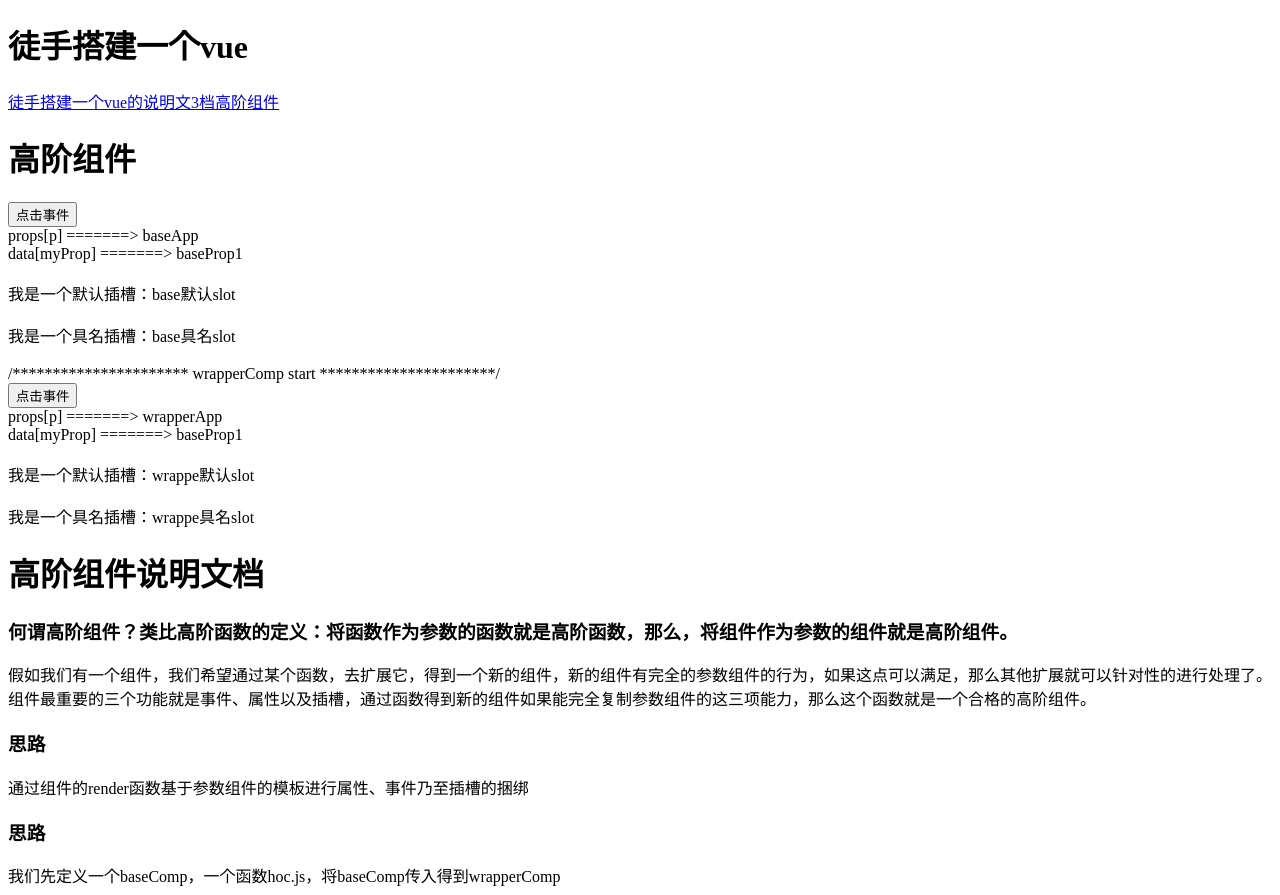
Repository: yuWhy/vue-build-cli
Page: /#/hightOrderComponents
The author's editor kept a copy of each file at every save. The page is drawn from the files as they stood at one save, then again after the next save.
The browser window is 1280 px wide. The pictures show the whole page.
The project was rebuilt for these pictures with package versions that can differ from the ones it lists, and the page was loaded fresh each time. Also part of the build but not shown: webpack.config.js, src/router/index.js.

Above is the page before, as saved 2021-02-22 13:33:11.

### index.html
<!DOCTYPE html>
<html lang="en">

<head>
  <meta charset="utf-8">
  <meta http-equiv="X-UA-Compatible" content="IE=edge">
  <meta name="viewport" content="width=device-width,initial-scale=1.0">
</head>

<body>
  <div id="app"></div>
</body>

</html>

### src/main.js
import Vue from 'vue'
import App from "./App.vue"
import router from './router/index.js'

new Vue({
  el: '#app',
  router,
  render: h => h(App)
})

### src/App.vue
<template>
  <div id="app">
    <h1>{{msg}}</h1>
    <router-link to="vueBuild">徒手搭建一个vue的说明文3档</router-link>
    <router-link to="hightOrderComponents">高阶组件</router-link>
    <router-view></router-view>
  </div>
</template>

<script>
export default {
  name: 'App',
  data() {
    return {
      msg: '徒手搭建一个vue'
    }
  }
}
</script>

### src/pages/HightOrderComponents/index.vue
<template>
  <div>
    <h1>高阶组件</h1>
    <baseComp @handle-click="handle" p="baseApp">
      <div>我是一个默认插槽：base默认slot</div>
      <template v-slot:sname>
        <div>我是一个具名插槽：base具名slot</div>
      </template>
    </baseComp>
     <br />
    /********************** wrapperComp start **********************/
    <br />
    <wrapperComp @handle-click="handle" p="wrapperApp">
      <div>我是一个默认插槽：wrappe默认slot</div>
      <template v-slot:sname>
        <div>我是一个具名插槽：wrappe具名slot</div>
      </template>
    </wrapperComp>
    <h1>高阶组件说明文档</h1>
    <h3>何谓高阶组件？类比高阶函数的定义：将函数作为参数的函数就是高阶函数，那么，将组件作为参数的组件就是高阶组件。</h3>
    <p>假如我们有一个组件，我们希望通过某个函数，去扩展它，得到一个新的组件，新的组件有完全的参数组件的行为，如果这点可以满足，那么其他扩展就可以针对性的进行处理了。组件最重要的三个功能就是事件、属性以及插槽，通过函数得到新的组件如果能完全复制参数组件的这三项能力，那么这个函数就是一个合格的高阶组件。</p>
    <h3>思路</h3>
    <span>通过组件的render函数基于参数组件的模板进行属性、事件乃至插槽的捆绑</span>
    <h3>思路</h3>
    <span>我们先定义一个baseComp，一个函数hoc.js，将baseComp传入得到wrapperComp</span><br>

  </div>
</template>

<script>
import baseComp from './components/baseComp.vue'
import hoc from './components/hoc.js'
const wrapperComp = hoc(baseComp)
export default {
  name: 'hightOrderComponents',
  components: { baseComp, wrapperComp },
  data() {
    return {
      m1: ``
    }
  },
  methods: {
    handle() {
      alert('tyty')
    }
  }
}
</script>

<style scoped>
.dimk {
    background: #333;
    color: #fff;
    padding: 5px 10px;
    display: inline-block;
  }
  .dimk .hui {
    color: #999;
  }
</style>

### src/pages/HightOrderComponents/components/baseComp.vue
<template>
  <div>
    <button @click="$emit('handle-click')">点击事件</button><br>
    props[p] =======> {{p}} <br>
    data[myProp] =======> {{myProp}}<br><br>
    <slot /><br>
    <slot name="sname" />
  </div>
</template>
<script>
export default {
  props: ['p'],
  components: {},
  data() {
    return {
      myProp: 'baseProp1'
    }
  },
  created() {},
  methods: {},
  mounted() {},
  computed: {}
}
</script>

### src/pages/HightOrderComponents/components/hoc.js
export default function Wrapper(baseComp) {
  return {
    data() {
      return {}
    },
    mounted() {},
    render(h) {
      let scopedSlots = {};
      let $slots = this.$slots;
      Object.keys($slots).map((key) => (scopedSlots[key] = () => $slots[key]))
      return h(baseComp, {
        on: this.$listeners,
        attrs: this.$attrs,
        props: this.$props,
        scopedSlots
      })
    }
  }
}

After the next save:
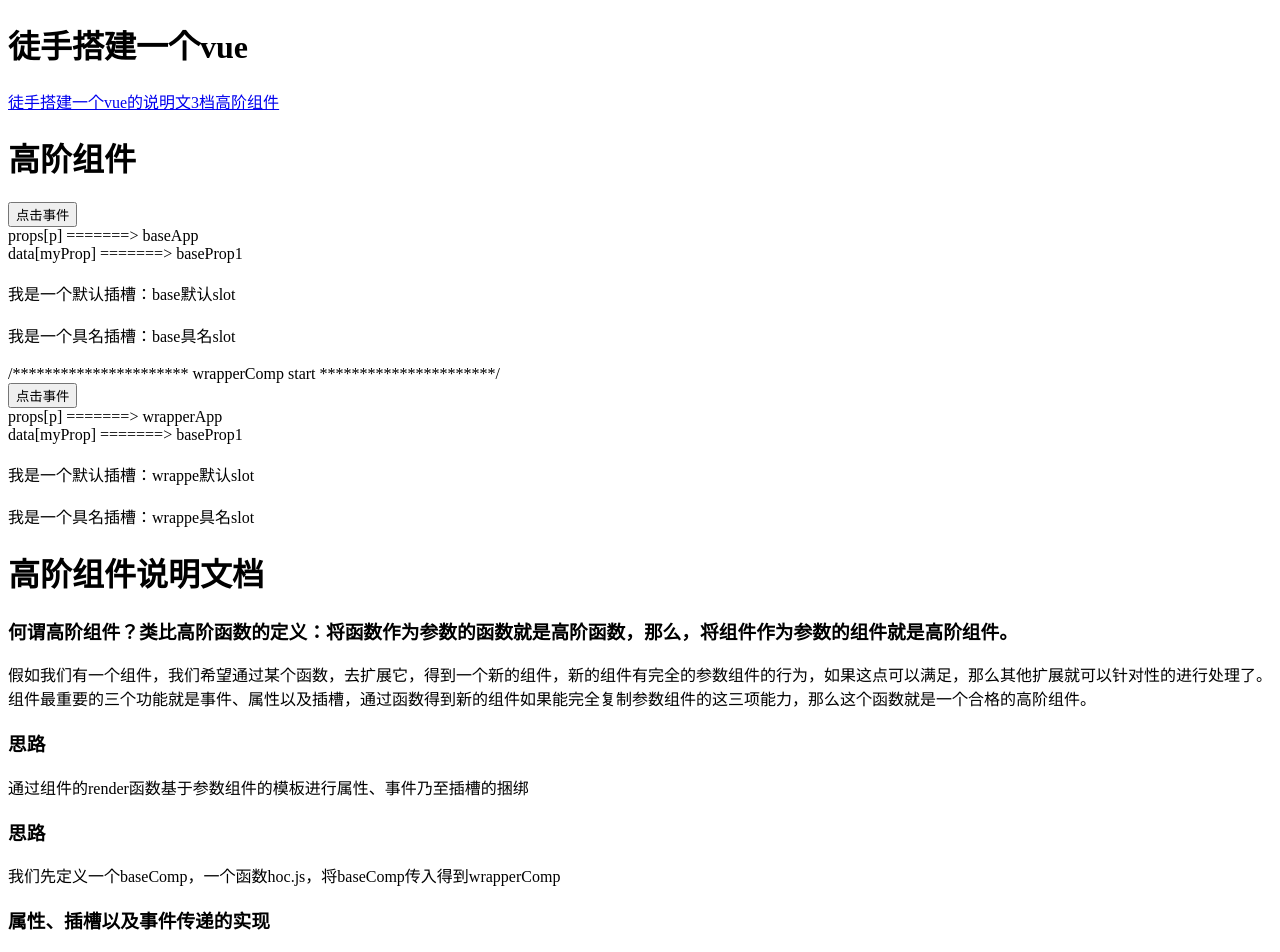
Saved 93 s later.
--- a/src/pages/HightOrderComponents/index.vue
+++ b/src/pages/HightOrderComponents/index.vue
@@ -23,7 +23,7 @@
     <span>通过组件的render函数基于参数组件的模板进行属性、事件乃至插槽的捆绑</span>
     <h3>思路</h3>
     <span>我们先定义一个baseComp，一个函数hoc.js，将baseComp传入得到wrapperComp</span><br>
-
+    <h3>属性、插槽以及事件传递的实现</h3>
   </div>
 </template>
 
